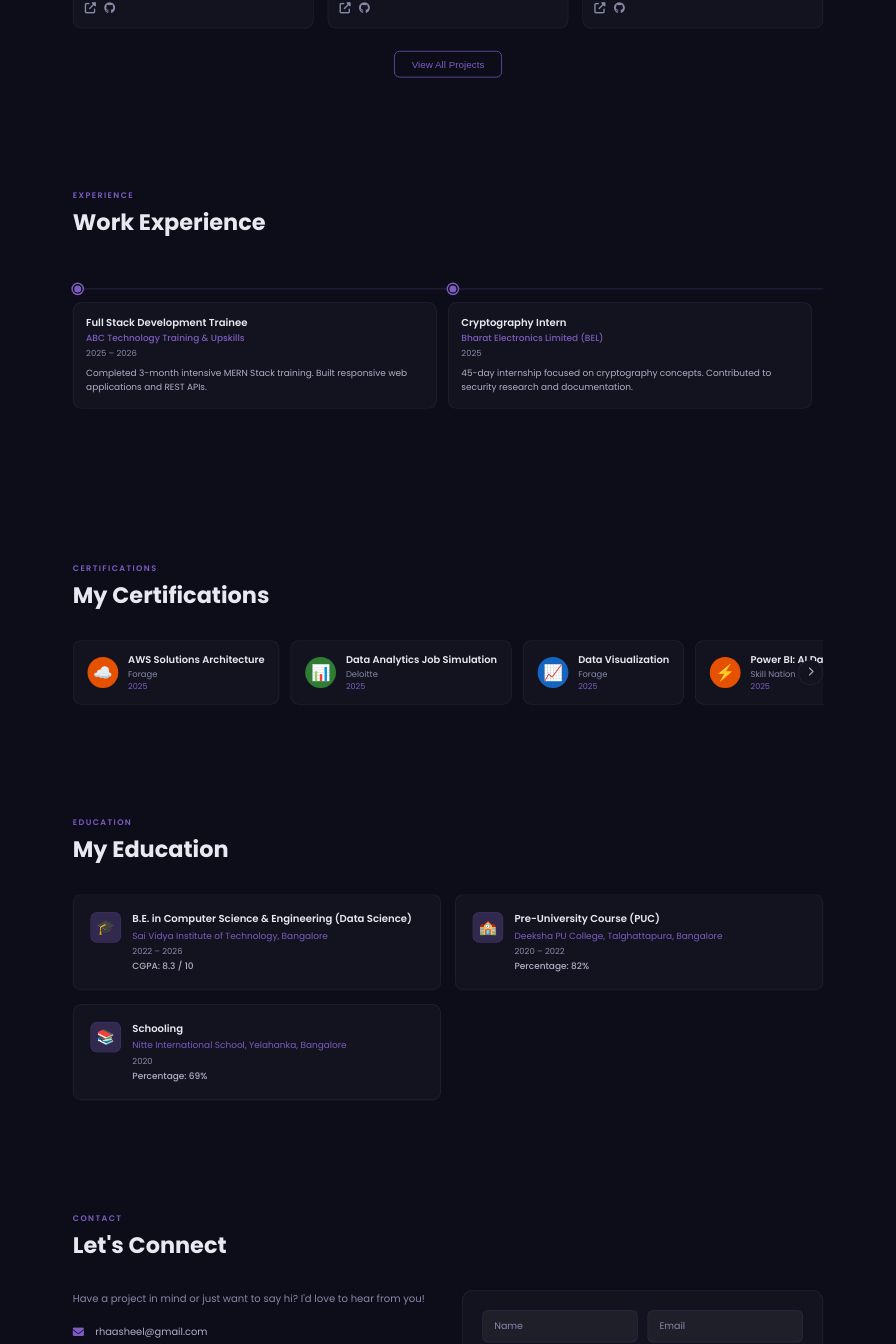
Repository: Rhaashee/Portfolio
Page: MyProfile-frontend/index.html
These files come from the project's save history. The page is drawn as it stood at one moment and after a run of saves; the edit follows.
The browser window is 1280 px wide. The pictures show the part of the page from y = 2654 to 4574 px (the page is 5236 px tall), at 70% of full size.

Above is the page before, as saved 2026-06-21 13:31:52.
Console error: ReferenceError: emailjs is not defined

After the next 2 saves:
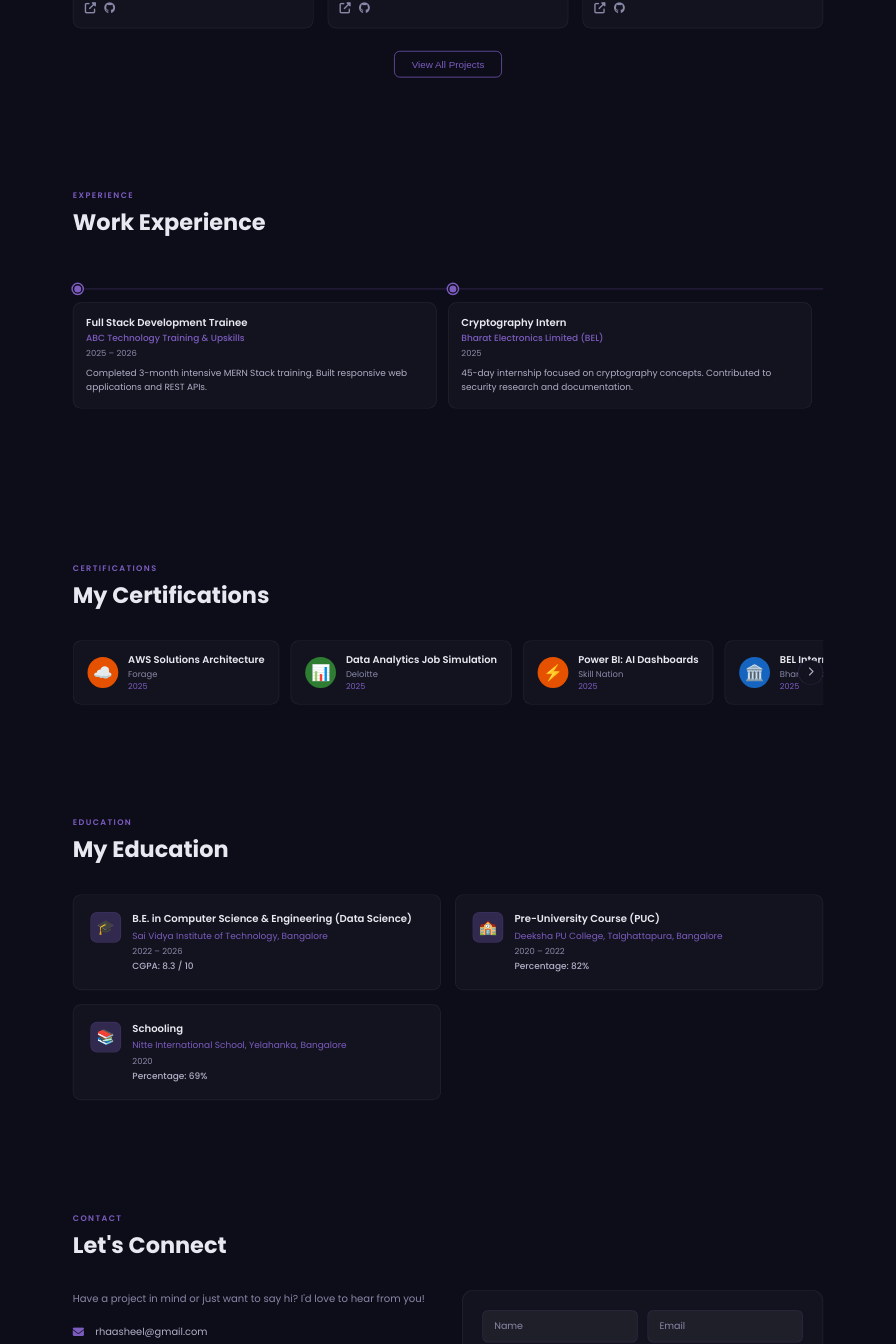
The 2 saves are shown as one change because they came seconds apart.
The last was saved 54 min 43 s later.
--- a/MyProfile-frontend/js/data/certifications.js
+++ b/MyProfile-frontend/js/data/certifications.js
@@ -13,13 +13,6 @@
     year: "2025",
     logo: "📊",
     logoClass: "green",
-  },
-  {
-    name: "Data Visualization",
-    issuer: "Forage",
-    year: "2025",
-    logo: "📈",
-    logoClass: "blue",
   },
   {
     name: "Power BI: AI Dashboards",

After the 2 saves that followed:
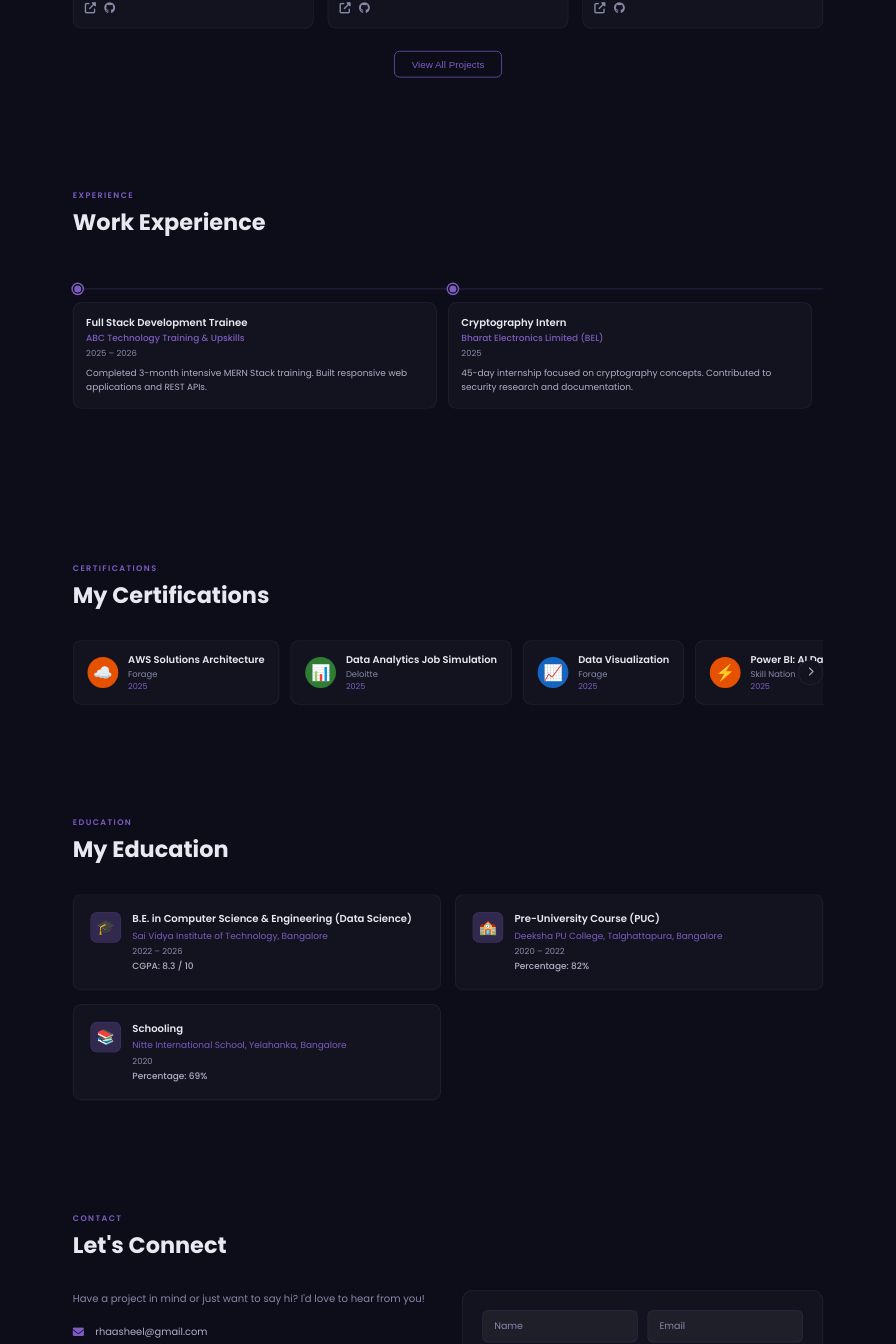
The 2 saves are shown as one change because 1 left the picture as it was.
The last was saved 29 s later.
--- a/MyProfile-frontend/js/data/certifications.js
+++ b/MyProfile-frontend/js/data/certifications.js
@@ -13,6 +13,13 @@
     year: "2025",
     logo: "📊",
     logoClass: "green",
+  },
+  {
+    name: "Data Visualization",
+    issuer: "Forage",
+    year: "2025",
+    logo: "📈",
+    logoClass: "blue",
   },
   {
     name: "Power BI: AI Dashboards",
